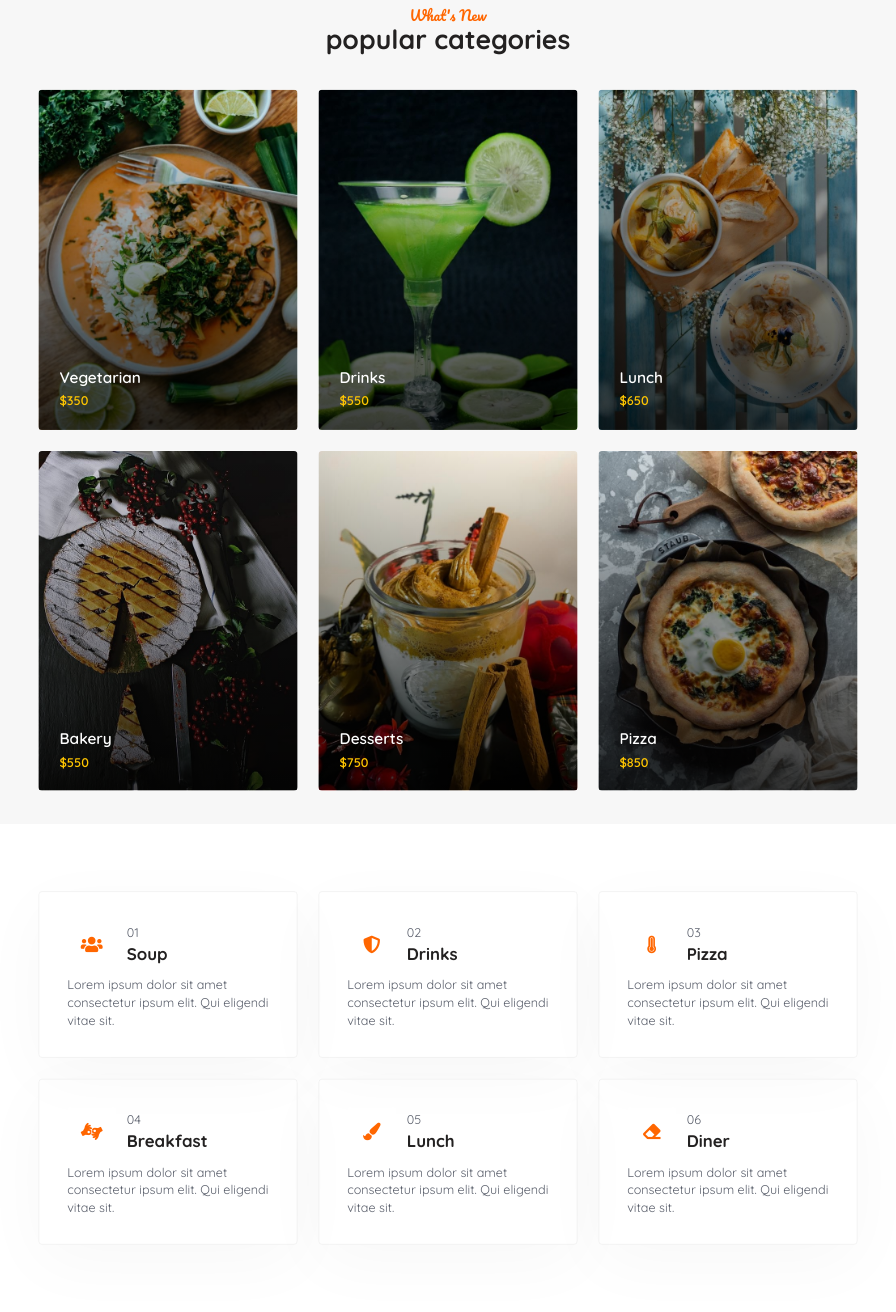
Repository: baobaodeveloper/bootscap21_project_AnhBao_VietToan_VietDuc
Page: index.html
An editor plug-in stored every save of this project. The page is shown before and after the next save, followed by the edit.
The browser window is 1280 px wide. The pictures show the part of the page from y = 1623 to 3543 px (the page is 3497 px tall before and 3543 px after), at 70% of full size.
Backgrounds fixed to the window are drawn as part of the page.

Above is the page before, as saved 2022-03-04 08:39:45.

After the next save:
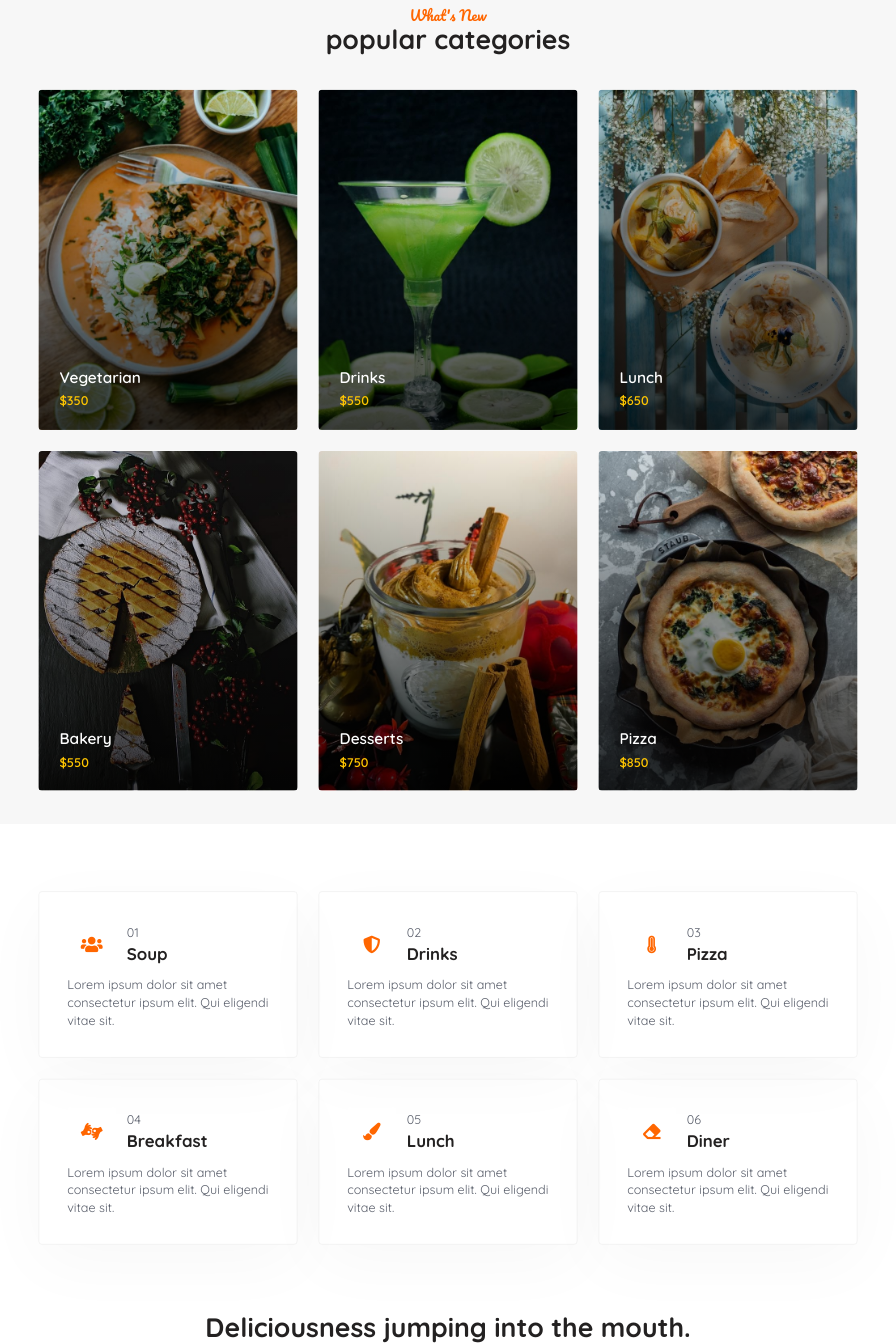
Saved 58 s later.
--- a/index.html
+++ b/index.html
@@ -300,7 +300,11 @@
     </section>
 
     <section class="delicious">
-      <div class="delicious-wrapper container"></div>
+      <div class="delicious-wrapper container">
+        <div class="heading text-align">
+          <h3>Deliciousness jumping into the mouth.</h3>
+        </div>
+      </div>
     </section>
 
     <script src="app.js"></script>
